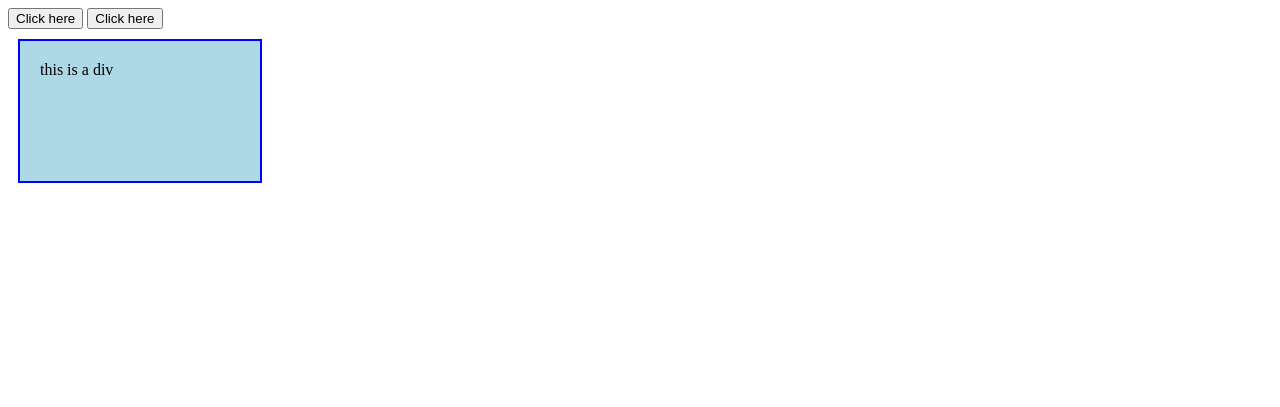
Repository: phulkeshwarmahto/CompleteJS
Page: indi.html
An editor plug-in stored every save of this project. The page is shown before and after a run of saves, followed by the edit.
The browser window is 1280 px wide. The pictures show the whole page.

Above is the page before, as saved 2025-07-03 12:28:48.

### indi.html
<!DOCTYPE html>
<html lang="en">
<head>
    <meta charset="UTF-8">
    <meta name="viewport" content="width=device-width, initial-scale=1.0">
    <title>Document</title>
    <link rel="stylesheet" href="events.css">
</head>
<body>
    <button id="button1" onclick="console.log('you clicked this button');alert('hello!')">Click here</button>
    <button ondblclick="console.log('you clicked this button two times');alert(' 2 times hello!')">Click here</button>
    <div id="div1" onmouseover="console.log('you move into the div')">this is a div</div>
</body>
<script src="evnts.js"></script>

</html>

### events.css
#div1 {

    background-color: lightblue;
    padding: 20px;
    border: 2px solid blue;
    margin: 10px;
    display: block;
    width: 200px;
    height: 100px;
}

### evnts.js
let btn1 = document.querySelector("#button1");

btn1.onclick = () => {
    console.log("you clicked this button");
    alert("hello!");
    let num = 23;
    num++;
    console.log(num);
    // btn1.style.backgroundColor = "red";
}

After the next 2 saves:
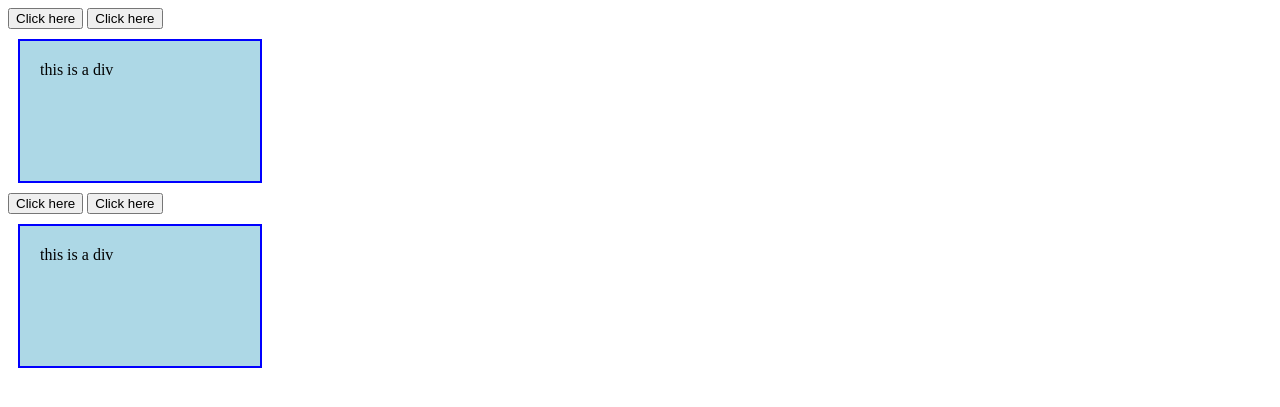
The 2 saves are shown as one change because they came seconds apart.
The last was saved 52 s later.
--- a/indi.html
+++ b/indi.html
@@ -10,6 +10,9 @@
     <button id="button1" onclick="console.log('you clicked this button');alert('hello!')">Click here</button>
     <button ondblclick="console.log('you clicked this button two times');alert(' 2 times hello!')">Click here</button>
     <div id="div1" onmouseover="console.log('you move into the div')">this is a div</div>
+    <button id="button1" onclick="console.log('you clicked this button');alert('hello!')">Click here</button>
+    <button ondblclick="console.log('you clicked this button two times');alert(' 2 times hello!')">Click here</button>
+    <div id="div1" onmouseover="console.log('you move into the div')">this is a div</div>
 </body>
 <script src="evnts.js"></script>
 

After the 2 saves that followed:
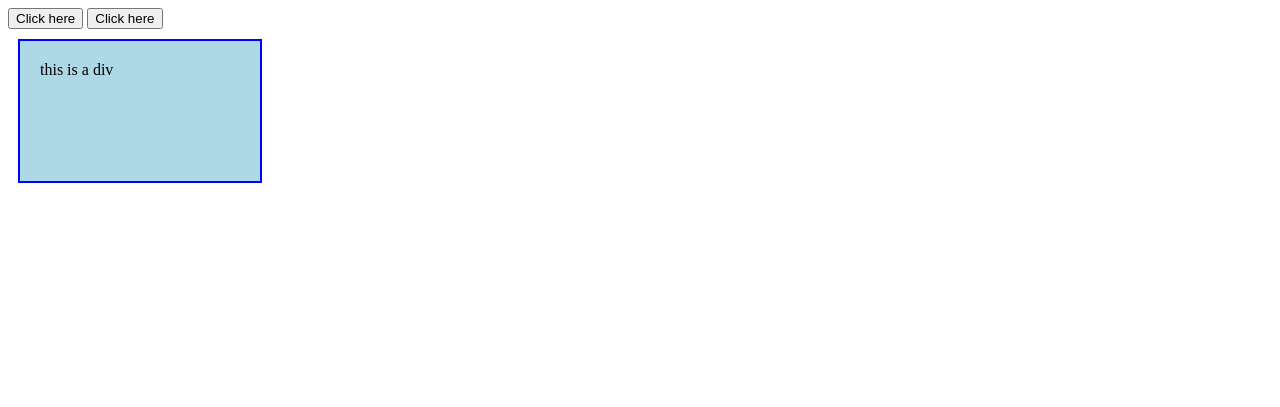
The 2 saves are shown as one change because they came seconds apart.
The last was saved 8 s later.
--- a/indi.html
+++ b/indi.html
@@ -7,9 +7,10 @@
     <link rel="stylesheet" href="events.css">
 </head>
 <body>
-    <button id="button1" onclick="console.log('you clicked this button');alert('hello!')">Click here</button>
+    <!-- <button id="button1" onclick="console.log('you clicked this button');alert('hello!')">Click here</button>
     <button ondblclick="console.log('you clicked this button two times');alert(' 2 times hello!')">Click here</button>
-    <div id="div1" onmouseover="console.log('you move into the div')">this is a div</div>
+    <div id="div1" onmouseover="console.log('you move into the div')">this is a div</div> -->
+
     <button id="button1" onclick="console.log('you clicked this button');alert('hello!')">Click here</button>
     <button ondblclick="console.log('you clicked this button two times');alert(' 2 times hello!')">Click here</button>
     <div id="div1" onmouseover="console.log('you move into the div')">this is a div</div>
